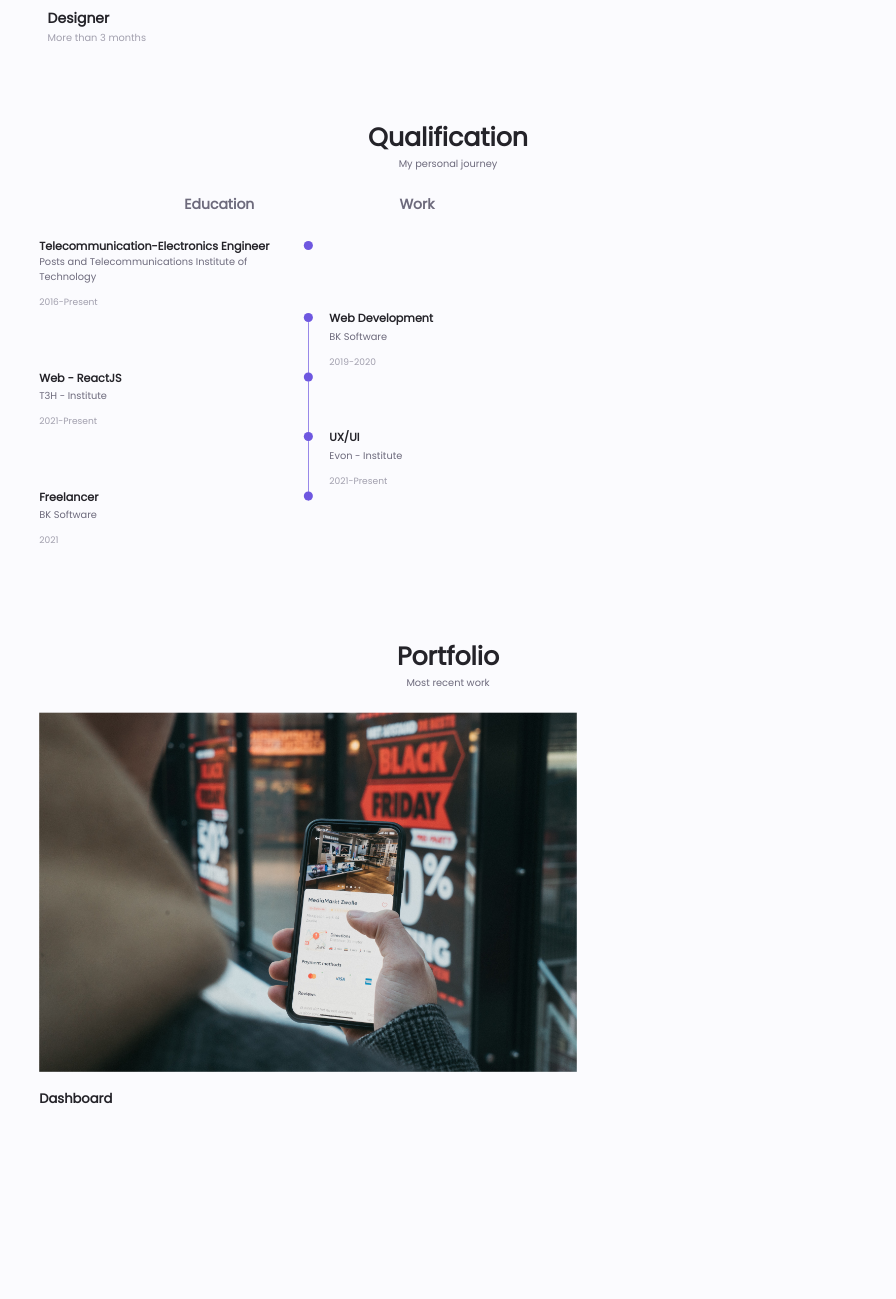
Repository: Datt21/portfolio
Page: index.html
These files come from the project's save history. The page is drawn as it stood at one moment and after the next save; the edit follows.
The browser window is 1280 px wide. The pictures show the part of the page from y = 1813 to 3733 px (the page is 3669 px tall before and 3733 px after), at 70% of full size.
Some icons come from a web library that is not loaded, so they are not drawn.

Above is the page before, as saved 2021-07-11 09:56:16.

### index.html
<!DOCTYPE html>
<html lang="en">
<head>
    <meta charset="UTF-8">
    <meta http-equiv="X-UA-Compatible" content="IE=edge">
    <meta name="viewport" content="width=device-width, initial-scale=1.0">
    <!--============= ICONS ================  -->
    <link rel="stylesheet" href="https://unicons.iconscout.com/release/v4.0.0/css/line.css">

    <!-- ============= SWIPER CSS =============== -->
    <link rel="stylesheet" href="">

    <!-- =============== CSS ========================= -->
    <link rel="stylesheet" href="./Css/style.css">

    <title>Portfolio</title>
</head>
<body>
    <!--============================ HEADER ============================ -->
    <header class="header" id="header">
        <nav class="nav container">
            <a href="#" class="nav__logo">Datpt</a>

            <div class="nav__menu" id="nav-menu">
                <ul class="nav__list grid">
                    <li class="nav__item">
                        <a href="#home" class="nav__link">
                            <i class="uil uil-estate nav__icon"></i>Home
                        </a>
                    </li>
                    <li class="nav__item">
                        <a href="#about" class="nav__link">
                            <i class="uil uil-user nav__icon"></i>About
                        </a>
                    </li>
                    <li class="nav__item">
                        <a href="#skills" class="nav__link">
                            <i class="uil uil-file-alt nav__icon"></i>Skills
                        </a>
                    </li>
                    <li class="nav__item">
                        <a href="#fovourite" class="nav__link">
                            <i class="uil uil-books nav__icon"></i>Favourite
                        </a>
                    </li>
                    <li class="nav__item">
                        <a href="#portfolio" class="nav__link">
                            <i class="uil uil-scenery nav__icon"></i>Portfolio
                        </a>
                    </li>
                    <li class="nav__item">
                        <a href="#contact" class="nav__link">
                            <i class="uil uil-message nav__icon"></i>Contact
                        </a>
                    </li>
                </ul>
                <i class="uil uil-times nav__close" id="nav-close"></i>
            </div>

            <div class="nav__btns">
                <div class="nav__toggle" id="nav-toggle">
                    <i class="uil uil-apps"></i>
                </div>
            </div>
        </nav>
    </header>

     <!--==================== MAIN ====================-->
     <main class="main">
        <!--==================== HOME ====================-->
        <section class="home section" id="home">
            <div class="home__container container grid">
                <div class="home__content grid">
                    <div class="home__social">
                        <a href="https://www.facebook.com/profile.php?id=100043830603950" target="_blank" class="home__social-icon">
                            <i class="uil uil-facebook"></i>
                        </a>
                        <a href="https://t.me/datpt21" target="_blank" class="home__social-icon">
                            <i class="uil uil-telegram-alt"></i>
                        </a>
                        <a href="https://github.com/Datt21" target="_blank" class="home__social-icon">
                            <i class="uil uil-github-alt"></i>
                        </a>
                    </div>

                    <div class="home__img">
                        <svg class="home__blob" viewBox="0 0 200 187" xmlns="http://www.w3.org/2000/svg" xmlns:xlink="http://www.w3.org/1999/xlink">
                            <mask id="mask0" mask-type="alpha">
                                <path d="M190.312 36.4879C206.582 62.1187 201.309 102.826 182.328 134.186C163.346 165.547
                                130.807 187.559 100.226 186.353C69.6454 185.297 41.0228 161.023 21.7403 129.362C2.45775
                                97.8511 -7.48481 59.1033 6.67581 34.5279C20.9871 10.1032 59.7028 -0.149132 97.9666
                                0.00163737C136.23 0.303176 174.193 10.857 190.312 36.4879Z"/>
                            </mask>
                            <g mask="url(#mask0)">
                                <path d="M190.312 36.4879C206.582 62.1187 201.309 102.826 182.328 134.186C163.346
                                165.547 130.807 187.559 100.226 186.353C69.6454 185.297 41.0228 161.023 21.7403
                                129.362C2.45775 97.8511 -7.48481 59.1033 6.67581 34.5279C20.9871 10.1032 59.7028
                                -0.149132 97.9666 0.00163737C136.23 0.303176 174.193 10.857 190.312 36.4879Z"/>

                                <image class="home_blob-img" x='12' y='18 'xlink:href="./images/me.png"/>
                            </g>
                        </svg>

                    </div>

                    <div class="home__data">
                        <h1 class="home__title">Hi, I'am Dat</h1>
                        <h3 class="home_subtitle">Frontend developer</h3>
                        <p class="home_description">Lorem, ipsum dolor sit amet consectetur adipisicing elit.
                            Voluptates earum, ab place</p>
                        <a href="#contact" class="button button--flex">
                            Contact Me<i class="uil uil-message button__icon"></i>
                        </a>
                    </div>
                </div>

                <div class="home_scroll">
                    <a href="#about" class="home__scroll-button button--flex">
                        <i class="uil uil-mouse-alt-2 home__scroll-mouse"></i>
                        <span class="home__scroll-name">Scroll down</span>
                        <i class="uil uil-arrow-down home__scroll-arrow"></i>
                    </a>
                </div>
            </div>
        </section>

        <!--==================== ABOUT ====================-->
        <section class="about section" id="about">
            <h2 class="section__title">About me</h2>
            <span class="section__subtitle">My introduction</span>

            <div class="about__container container grid">
                <img src="./images/me2.jpg" alt="" class="about__img">

                <div class="about-data">
                    <p class="about-decription">Lorem ipsum dolor sit amet consectetur adipisicing elit.
                        Natus aut expedita unde cum quibusdam delectus, maiores ducimus ullam aspernatur, quos nesciunt corrupti itaque laudant</p>

                    <div class="about__info">
                        <div>
                            <span class="about__info-title">06+</span>
                            <span class="about__info-name">Month <br> experience</span>
                        </div>
                        <div>
                            <span class="about__info-title">05+</span>
                            <span class="about__info-name">Completed <br> project</span>
                        </div>
                        <div>
                            <span class="about__info-title">01</span>
                            <span class="about__info-name">Freelance <br> worked</span>
                        </div>
                    </div>

                    <div class="about__buttons">
                        <a download="" href="./pdf/LeTienDat_CV.pdf" class="button button--flex">
                            Download CV <i class="uil uil-download-alt button__icon"></i>
                        </a>
                    </div>
                </div>
            </div>


        </section>

        <!--==================== SKILLS ====================-->
        <section class="skills section" id="skills">
            <h2 class="section__title">Skills</h2>
            <span class="section__subtitle">My technical level</span>

            <div class="skills__container container grid">
                <div>
                    <!-- skill 1 -->
                    <div class="skills__content skills__open">
                        <div class="skills__header">
                            <i class="uil uil-brackets-curly skills__icon"></i>

                            <div>
                                <h1 class="skills__title">Frontend devoloper</h1>
                                <span class="skills__subtitle">More than 6 months</span>
                            </div>

                            <i class="uil uil-angle-down skills__arrow"></i>
                        </div>

                        <div class="skills__list grid">
                            <div class="skills__data">
                                <div class="skills__titles">
                                    <h3 class="skills__name">HTML</h3>
                                    <span class="skills__number">80%</span>
                                </div>
                                <div class="skills__bar">
                                    <span class="skills__percentage skills__html"></span>
                                </div>
                            </div>

                            <div class="skills__data">
                                <div class="skills__titles">
                                    <h3 class="skills__name">CSS</h3>
                                    <span class="skills__number">70%</span>
                                </div>
                                <div class="skills__bar">
                                    <span class="skills__percentage skills__css"></span>
                                </div>
                            </div>

                            <div class="skills__data">
                                <div class="skills__titles">
                                    <h3 class="skills__name">Javascript</h3>
                                    <span class="skills__number">50%</span>
                                </div>
                                <div class="skills__bar">
                                    <span class="skills__percentage skills__js"></span>
                                </div>
                            </div>

                            <div class="skills__data">
                                <div class="skills__titles">
                                    <h3 class="skills__name">React</h3>
                                    <span class="skills__number">30%</span>
                                </div>
                                <div class="skills__bar">
                                    <span class="skills__percentage skills__react"></span>
                                </div>
                            </div>
                        </div>
                    </div>

                    <!-- skill 2 -->
                    <div class="skills__content skills__close">
                        <div class="skills__header">
                            <i class="uil uil-swatchbook skills__icon"></i>

                            <div>
                                <h1 class="skills__title">Designer</h1>
                                <span class="skills__subtitle">More than 3 months</span>
                            </div>
                            <i class="uil uil-angle-down skills__arrow"></i>
                        </div>

                        <div class="skills__list grid">
                            <div class="skills__data">
                                <div class="skills__titles">
                                    <h3 class="skills__name">Figma</h3>
                                    <span class="skills__number">40%</span>
                                </div>
                                <div class="skills__bar">
                                    <span class="skills__percentage skills__figma"></span>
                                </div>
                            </div>

                            <div class="skills__data">
                                <div class="skills__titles">
                                    <h3 class="skills__name">Photoshop</h3>
                                    <span class="skills__number">30%</span>
                                </div>
                                <div class="skills__bar">
                                    <span class="skills__percentage skills__photoshop"></span>
                                </div>
                            </div>

                        </div>
                    </div>
                </div>
            </div>


        </section>

        <!--==================== QUALIFICATION ====================-->
        <section class="qualification section">
            <h2 class="section__title">Qualification</h2>
            <span class="section__subtitle">My personal journey</span>

            <div class="qualification__container container">
                <div class="qualification__tabs">
                    <div class="qualification__button button--flex">
                        <i class="uil uil-graduation-cap qualification__icon"></i>
                        Education
                    </div>

                    <div class="qualification__button button--flex">
                        <i class="uil uil-briefcase-alt qualification__icon"></i>
                        Work
                    </div>
                </div>
                <div class="qualification__section" >
                    <!-- Qualification content 1 -->
                    <div class="qualification__content qualification__active" data-content id="education">
                        <!-- Qualification 1 -->
                        <div class="qualification__data">
                            <div>
                                <h3 class="qualification__title"> Telecommunication-Electronics Engineer</h3>
                                <span class="qualification__subtitle">Posts and Telecommunications Institute of Technology</span>
                                <div class="qualification__calendar">
                                    <i class="uil uil-calendar-alt"></i>
                                    2016-Present
                                </div>
                            </div>

                            <div>
                                <div class="qualification__rounder"></div>
                                <!-- <div class="qualification__line"></div> -->
                            </div>
                        </div>

                        <!-- Qualification 2 -->
                        <div class="qualification__data">
                            <div></div>

                            <div>
                                <span class="qualification__rounder"></span>
                                <span class="qualification__line"></span>
                            </div>

                            <div>
                                <h3 class="qualification__title"> Web Development</h3>
                                <span class="qualification__subtitle">BK Software</span>
                                <div class="qualification__calendar">
                                    <i class="uil uil-calendar-alt"></i>
                                    2019-2020
                                </div>
                            </div>


                        </div>

                        <!-- Qualification 3 -->
                        <div class="qualification__data">
                            <div>
                                <h3 class="qualification__title"> Web - ReactJS</h3>
                                <span class="qualification__subtitle">T3H - Institute</span>
                                <div class="qualification__calendar">
                                    <i class="uil uil-calendar-alt"></i>
                                    2021-Present
                                </div>
                            </div>

                            <div>
                                <span class="qualification__rounder"></span>
                                <span class="qualification__line"></span>
                            </div>
                        </div>

                        <!-- Qualification 4 -->
                        <div class="qualification__data">
                            <div></div>

                            <div>
                                <span class="qualification__rounder"></span>
                                <span class="qualification__line"></span>
                            </div>

                            <div>
                                <h3 class="qualification__title"> UX/UI</h3>
                                <span class="qualification__subtitle">Evon - Institute</span>
                                <div class="qualification__calendar">
                                    <i class="uil uil-calendar-alt"></i>
                                    2021-Present
                                </div>
                            </div>

                        </div>
                    </div>
                     <!-- Qualification content 2 -->
                     <div class="qualification__content" data-content id="work">
                        <!-- Qualification 1 -->
                        <div class="qualification__data">
                            <div>
                                <h3 class="qualification__title"> Freelancer</h3>
                                <span class="qualification__subtitle">BK Software</span>
                                <div class="qualification__calendar">
                                    <i class="uil uil-calendar-alt"></i>
                                    2021
                                </div>
                            </div>

                            <div>
                                <div class="qualification__rounder"></div>
                                <!-- <div class="qualification__line"></div> -->
                            </div>
                        </div>

                        </div>
                    </div>
                </div>
            </div>


        </section>

        <!--==================== SERVICES ====================-->
        <section class="services section" id="services">


        </section>

        <!--==================== PORTFOLIO ====================-->
        <section class="portfolio section" id="portfolio">
            <h2 class="section__title">Portfolio</h2>
            <span class="section__subtitle">Most recent work</span>

            <div class="portfolio__container container">
                <div>
                    <!--======== Portfolio 1 ===========-->
                    <div class="portfolio__content grid">
                        <img src="./images/cardmapr-nl-pwxESDWRwDE-unsplash.jpg" alt="" class="portfolio__img">

                        <div class="portfolio__data">
                            <h3 class="portfolio__title">Dashboard</h3>
                        </div>
                    </div>
                </div>
            </div>
        </section>

        <!--==================== PROJECT IN MIND ====================-->
        <section class="project section">


        </section>

        <!--==================== TESTIMONIAL ====================-->
        <section class="testimonial section">


        </section>

        <!--==================== CONTACT ME ====================-->
        <section class="contact section" id="contact">


        </section>
    </main>

    <!--==================== FOOTER ====================-->
    <footer class="footer">


    </footer>

    <!--==================== SCROLL TOP ====================-->


    <!--==================== SWIPER JS ====================-->
    <script src=""></script>

    <!-- =================== JS ======================= -->
    <script src="./JS/main.js"></script>
</body>
</html>

Loaded but not shown: JS/main.js (73 lines, source omitted); Css/style.css (596 lines, source omitted)

After the next save:
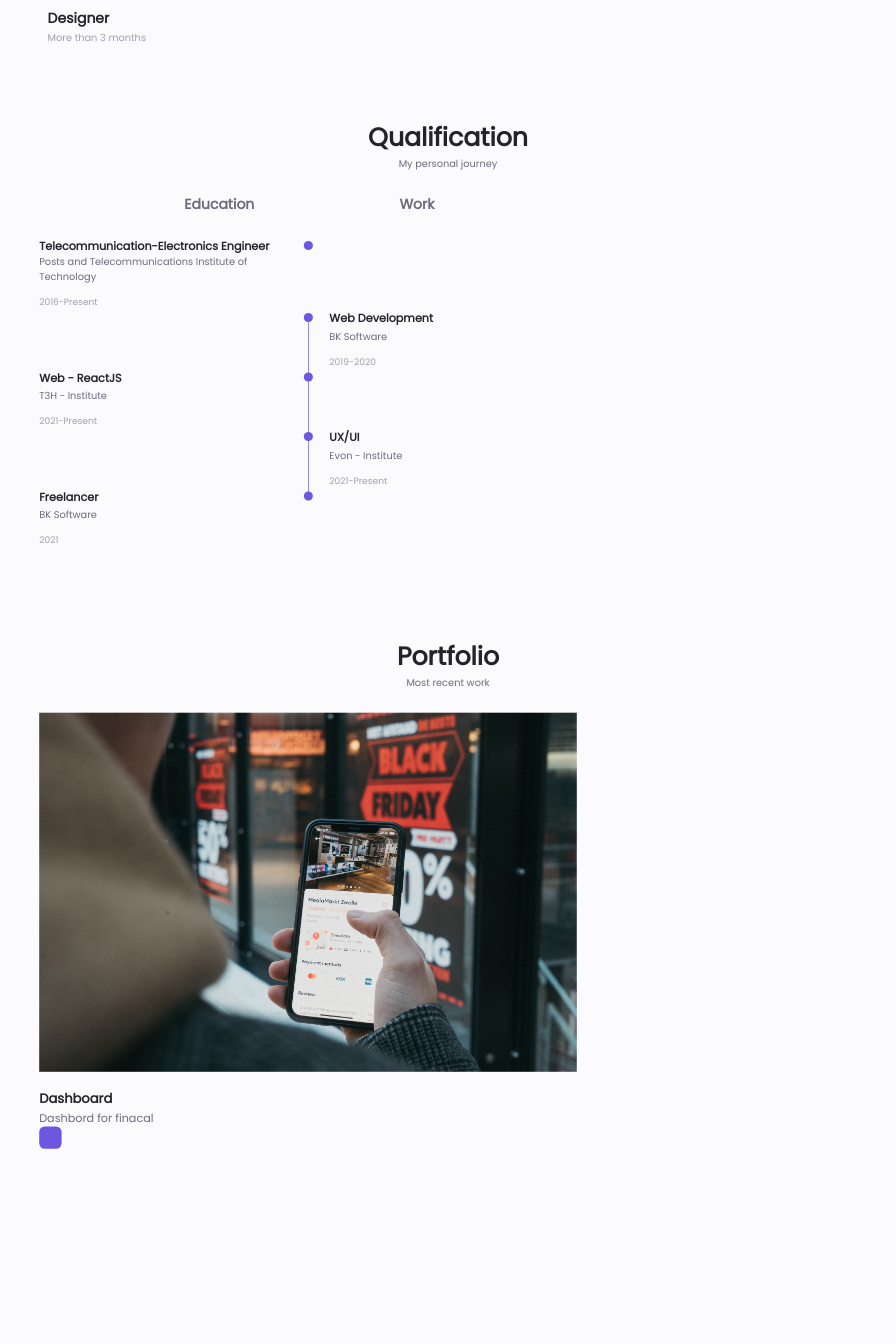
Saved 7 h 20 min later.
--- a/index.html
+++ b/index.html
@@ -407,6 +407,8 @@
 
                         <div class="portfolio__data">
                             <h3 class="portfolio__title">Dashboard</h3>
+                            <p class="portfolio__description">Dashbord for finacal</p>
+                            <a href="" class="button button--flex button--small"></a>
                         </div>
                     </div>
                 </div>
